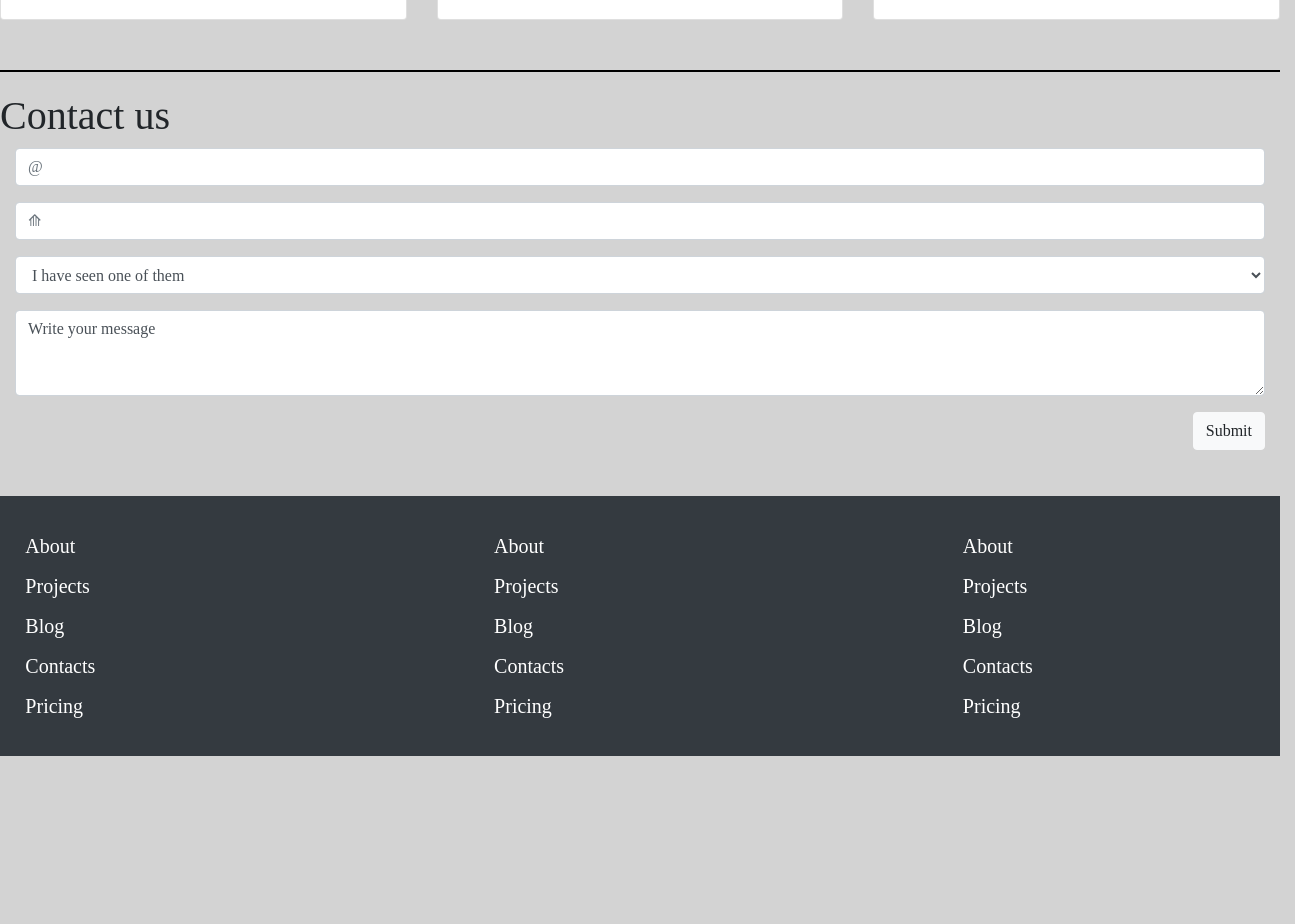
Repository: Khaleddwm/FindThePrecious
Page: index.html
An editor plug-in stored every save of this project. The page is shown before and after the next save, followed by the edit.
The browser window is 1280 px wide. The page is 1295 px wide, so the pictures cover 1295 px, including what lies to the right of the window. The pictures show the part of the page from y = 1840 to 2764 px (the page is 2764 px tall).
Some web fonts or font styles are not loaded; a fallback is used.

Above is the page before, as saved 2020-05-25 00:34:15.

### index.html
<!DOCTYPE html>
<html lang="en">
<head>
    <meta charset="UTF-8">
    <meta name="viewport" content="width=device-width, initial-scale=1.0">
    <title>FindThePrecious</title>
    <link href="https://fonts.googleapis.com/css2?family=Bad+Script&display=swap" rel="stylesheet">
    <!-- CSS only -->
    <link rel="stylesheet" href="https://stackpath.bootstrapcdn.com/bootstrap/4.5.0/css/bootstrap.min.css" integrity="sha384-9aIt2nRpC12Uk9gS9baDl411NQApFmC26EwAOH8WgZl5MYYxFfc+NcPb1dKGj7Sk" crossorigin="anonymous">
    <link rel="stylesheet" href="https://cdnjs.cloudflare.com/ajax/libs/font-awesome/4.7.0/css/font-awesome.min.css">
    <link rel="stylesheet" href="style.css">
    <!-- JS, Popper.js, and jQuery -->
    <script src="https://code.jquery.com/jquery-3.5.1.slim.min.js" integrity="sha384-DfXdz2htPH0lsSSs5nCTpuj/zy4C+OGpamoFVy38MVBnE+IbbVYUew+OrCXaRkfj" crossorigin="anonymous"></script>
    <script src="https://cdn.jsdelivr.net/npm/popper.js@1.16.0/dist/umd/popper.min.js" integrity="sha384-Q6E9RHvbIyZFJoft+2mJbHaEWldlvI9IOYy5n3zV9zzTtmI3UksdQRVvoxMfooAo" crossorigin="anonymous"></script>
    <script src="https://stackpath.bootstrapcdn.com/bootstrap/4.5.0/js/bootstrap.min.js" integrity="sha384-OgVRvuATP1z7JjHLkuOU7Xw704+h835Lr+6QL9UvYjZE3Ipu6Tp75j7Bh/kR0JKI" crossorigin="anonymous"></script>
</head>
<body>
    <nav class="navbar navbar-expand-sm navbar-dark bg-dark">
        <a href"index.html" class="titleNav navbar-brand">FindThePrecious.com</a>
        <button class="navbar-toggler" data-toggle="collapse" data-target="#navbarMenu">
            <span class="navbar-toggler-icon"></span>
        </button>
        <div class="collapse navbar-collapse" id="navbarMenu">
            <ul class="navbar-nav">
                <li class="nav-item">
                    <a href="#" class="nav-link">Fellows</a>
                </li>
                <li>
                    <a href="#" class="nav-link">Contact us</a>
                </li>
            </ul>
        </div>
    </nav>
    <div id="carouselControls" class="carousel slide" data-ride="carousel">
        <div class="carousel-inner">
            <div class="carousel-caption d-none d-block">
                <h1>Dangerous fellowship try to destroy the ring</h1>
                <p>Orcs, Goblins, Balrogs, protect your master Sauron !</p>
            </div>
            <div class="carousel-item active">
                <img class="d-block w-100" src="https://img.phonandroid.com/2018/04/seigneur-des-anneaux.jpg" alt="First slide">
            </div>
            <div class="carousel-item">
                <img class="d-block w-100" src="https://www.journaldugeek.com/content/uploads/2019/07/lord-of-the-rings-gollum-new-lotr-stealth-game-coming-2021-from-daedalic-entertainment-767717.jpg" alt="Second slide">
            </div>
            <div class="carousel-item">
                <img class="d-block w-100" src="https://vignette.wikia.nocookie.net/lotr/images/1/15/Gothmog_the_lord_of_balrogs_by_atohas-d8hf6ru.jpg/revision/latest?cb=20180410213854" alt="Third slide">
            </div>
        </div>
        <a class="carousel-control-prev" href="#carouselControls" role="button" data-slide="prev">
            <span class="carousel-control-prev-icon" aria-hidden="true"></span>
            <span class="sr-only">Previous</span>
        </a>
        <a class="carousel-control-next" href="#carouselControls" role="button" data-slide="next">
            <span class="carousel-control-next-icon" aria-hidden="true"></span>
            <span class="sr-only">Next</span>
        </a>
    </div>
    <div class="wanted">
        <div class="wanted-title">
            <h1>Fellows wanted dead (or alive if you want to eat them later)</h1>
        </div>
        <div class="card-deck">
            <div class="card col-xs-12 col-md-4">
                <img src="https://kr4v3n.github.io/Sauron/img/gandalf.png" class="card-img-top" alt="Gandalf">
                <div class="living card-img-overlay">
                    <h2>Reward 1000 gold coins</h2>
                </div>
                <div class="card-body">
                    <h2 class="card-title">Gandalf</h2>
                    <p class="card-text">
                        Gandalf was shorter in stature than the other two; but his long white hair,
                        his sweeping silver beard, and his broad shoulders, made him look like some wise king of ancient legend.
                        In his aged face under great snowy brows his eyes were set like coals that could suddenly burst into fire.
                    </p>
                </div>
            </div>
            <div class="card col-xs-12 col-md-4">
                <img src="https://kr4v3n.github.io/Sauron/img/gimli.png" class="card-img-top" alt="Gimli">
                <div class="dead card-img-overlay">
                    <h2>DEAD</h2>
                </div>
                <div class="card-body">
                    <h2 class="card-title">Gimli</h2>
                    <p class="card-text">
                        Gimli throughout the War showed perhaps the greatest open contempt for Sauron and his minions, save possibly Boromir.
                        He was a grim character, for the most part, laughing only occasionally and, though in a few rare situations inspiring amusement,
                        never joking. Due to his comments especially during the initial stage of the journey, he may be called more superstitious than the others,
                        acting very much as if Caradhras was an actual living being.
                    </p>
                </div>
            </div>
            <div class="card col-xs-12 col-md-4">
                <img src="https://kr4v3n.github.io/Sauron/img/aragorn.png" class="card-img-top" alt="Aragorn">
                <div class="living card-img-overlay">
                    <h2>Reward 250 gold coins</h2>
                </div>
                <div class="card-body">
                    <h2 class="card-title">Aragorn</h2>
                    <p class="card-text">
                        An artist's conception of Aragorn at The Prancing Pony Tolkien gives
                        a brief but detailed description of him in The Lord of the Rings: lean, dark, tall, with
                        "a shaggy head of dark hair flecked with grey, and in a pale stern face a pair of keen grey eyes."
                    </p>
                </div>
            </div>
        </div>
    </div>
    <div class="form">
        <h1>Contact us</h1>
        <form class="container-fluid">
            <div class="form-group">
                <input type="email" class="form-control" id="email" placeholder="&#64;">
            </div>
            <div class="form-group">
                <input type="email" class="form-control" id="email" placeholder="&#10224;">
            </div>
            <div class="form-group">
                <select class="form-control" id="select">
                    <option>I have seen one of them</option>
                    <option>I have lost one of them</option>
                    <option>I have find one of them</option>
                </select>
            </div>
            <div class="form-group">
                <textarea class="form-control" id="textarea" rows="3">Write your message</textarea>
            </div>
            <div class="form-group">
                <input type="submit" class="btn btn-light" id="submit" value="Submit">
            </div>
        </form>
    </div>
    <footer class="section footer-classic context-dark bg-image bg-dark">
        <div class="container-fluid">
            <div class="d-flex justify-content-between">
                <div class="col-md-4 col-xl-3">
                    <ul class="nav-list">
                        <li><a href="#">About</a></li>
                        <li><a href="#">Projects</a></li>
                        <li><a href="#">Blog</a></li>
                        <li><a href="#">Contacts</a></li>
                        <li><a href="#">Pricing</a></li>
                    </ul>
                </div>
                <div class="col-md-4 col-xl-3">
                    <ul class="nav-list">
                        <li><a href="#">About</a></li>
                        <li><a href="#">Projects</a></li>
                        <li><a href="#">Blog</a></li>
                        <li><a href="#">Contacts</a></li>
                        <li><a href="#">Pricing</a></li>
                    </ul>
                </div>
                <div class="col-md-4 col-xl-3">
                    <ul class="nav-list">
                        <li><a href="#">About</a></li>
                        <li><a href="#">Projects</a></li>
                        <li><a href="#">Blog</a></li>
                        <li><a href="#">Contacts</a></li>
                        <li><a href="#">Pricing</a></li>
                    </ul>
                </div>
            </div>
        </div>
    </footer>
</body>
</html>

### style.css
body {
    font-family: 'Bad Script', cursive;
    background-color: lightgrey;
}

#navbarMenu, .titleNav {
    font-size: 30px;
}

.navbar {
    overflow: hidden;
    position: fixed; /* Set the navbar to fixed position */
    top: 0; /* Position the navbar at the top of the page */
    width: 100%; /* Full width */
    z-index: 1000;
}

/* Change background on mouse-over */
#navbarMenu a:hover {
    background: lightgray;
    color: black;
}

#carouselControls {
    margin-top: 60px;
}

p {
    font-size: 20px;
}

img {
    width: auto;
    height: 600px;
}

.wanted-title {
    text-align: center;
    margin: 50px;
}
/* hover for living */
.living h2 {
    background-color: lightgray;
}

.living {
    opacity: 0;
}

.living:hover {
    opacity: 1;
    text-align: center;
}

/* hover for dead */
.dead {
    opacity: 0;
}

.dead:hover {
    opacity: 1;
    text-align: center;
    background-color: lightgray;
}

#submit {
    float: right;
}

.form {
    font-size: 30px;
    margin-top: 50px;
    margin-bottom: 100px;
    border-top: 2px solid black;
}

.form h1 {
    margin-top: 20px;
}

footer .container-fluid {
    padding-top: 30px;
    padding-bottom: 30px;
    font-size: 20px;
}



.footer-classic a, .footer-classic a:focus, .footer-classic a:active {
    color: #ffffff;
}
.nav-list li {
    padding-top: 5px;
    padding-bottom: 5px;
}

.nav-list li a:hover:before {
    margin-left: 0;
    opacity: 1;
    visibility: visible;
}

ul, ol {
    list-style: none;
    padding: 0;
    margin: 0;
}

.social-inner {
    display: flex;
    flex-direction: column;
    align-items: center;
    width: 100%;
    padding: 23px;
    font: 900 13px/1 "Lato", -apple-system, BlinkMacSystemFont, "Segoe UI", Roboto, "Helvetica Neue", Arial, sans-serif;
    text-transform: uppercase;
    color: rgba(255, 255, 255, 0.5);
}
.social-container .col {
    border: 1px solid rgba(255, 255, 255, 0.1);
}
.nav-list li a:before {
    content: "\f14f";
    font: 400 21px/1 "Material Design Icons";
    color: #4d6de6;
    display: inline-block;
    vertical-align: baseline;
    margin-left: -28px;
    margin-right: 7px;
    opacity: 0;
    visibility: hidden;
    transition: .22s ease;
}

After the next save:
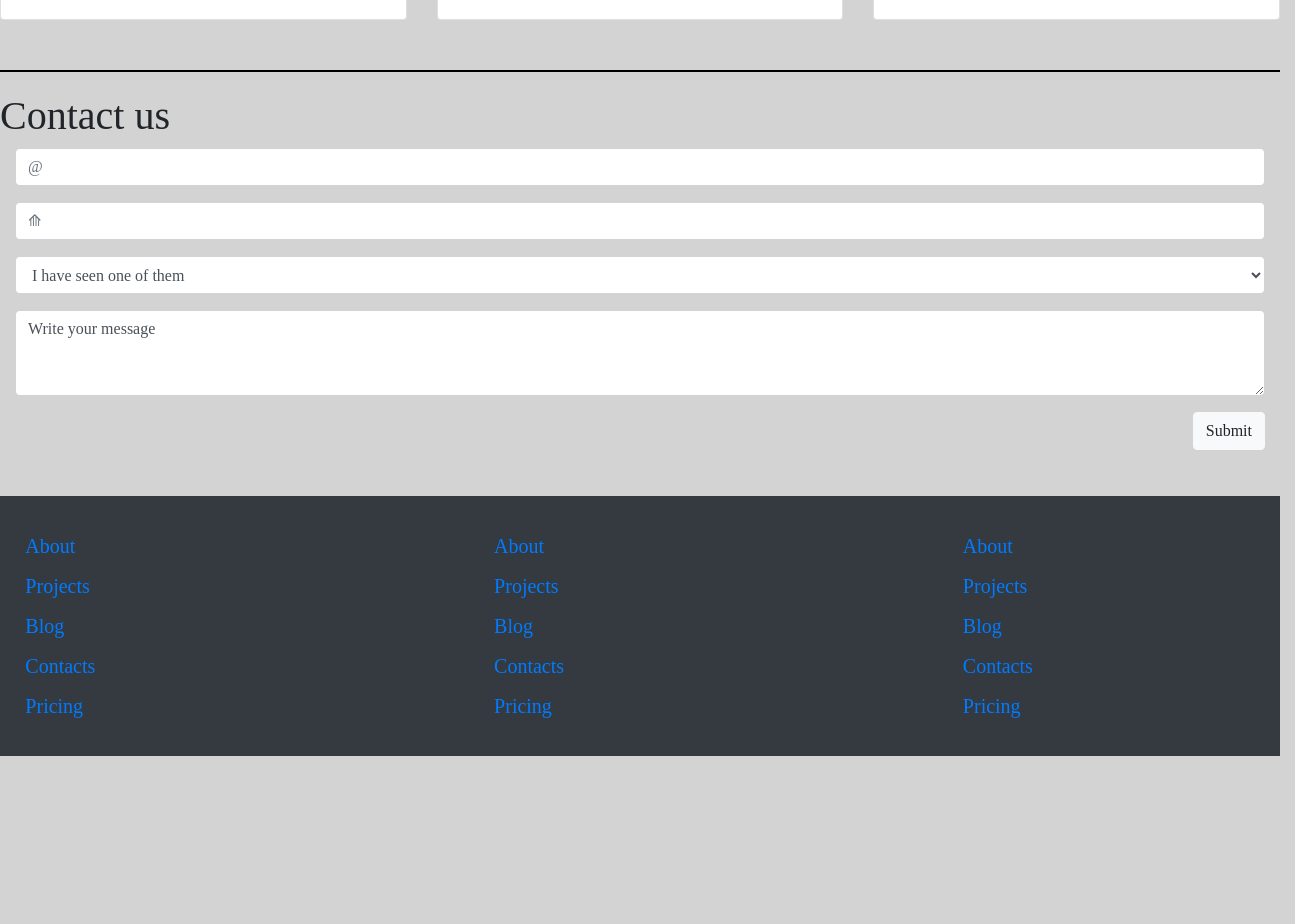
Saved 12 s later.
--- a/style.css
+++ b/style.css
@@ -86,9 +86,7 @@
 
 
 
-.footer-classic a, .footer-classic a:focus, .footer-classic a:active {
-    color: #ffffff;
-}
+
 .nav-list li {
     padding-top: 5px;
     padding-bottom: 5px;

After the save that followed:
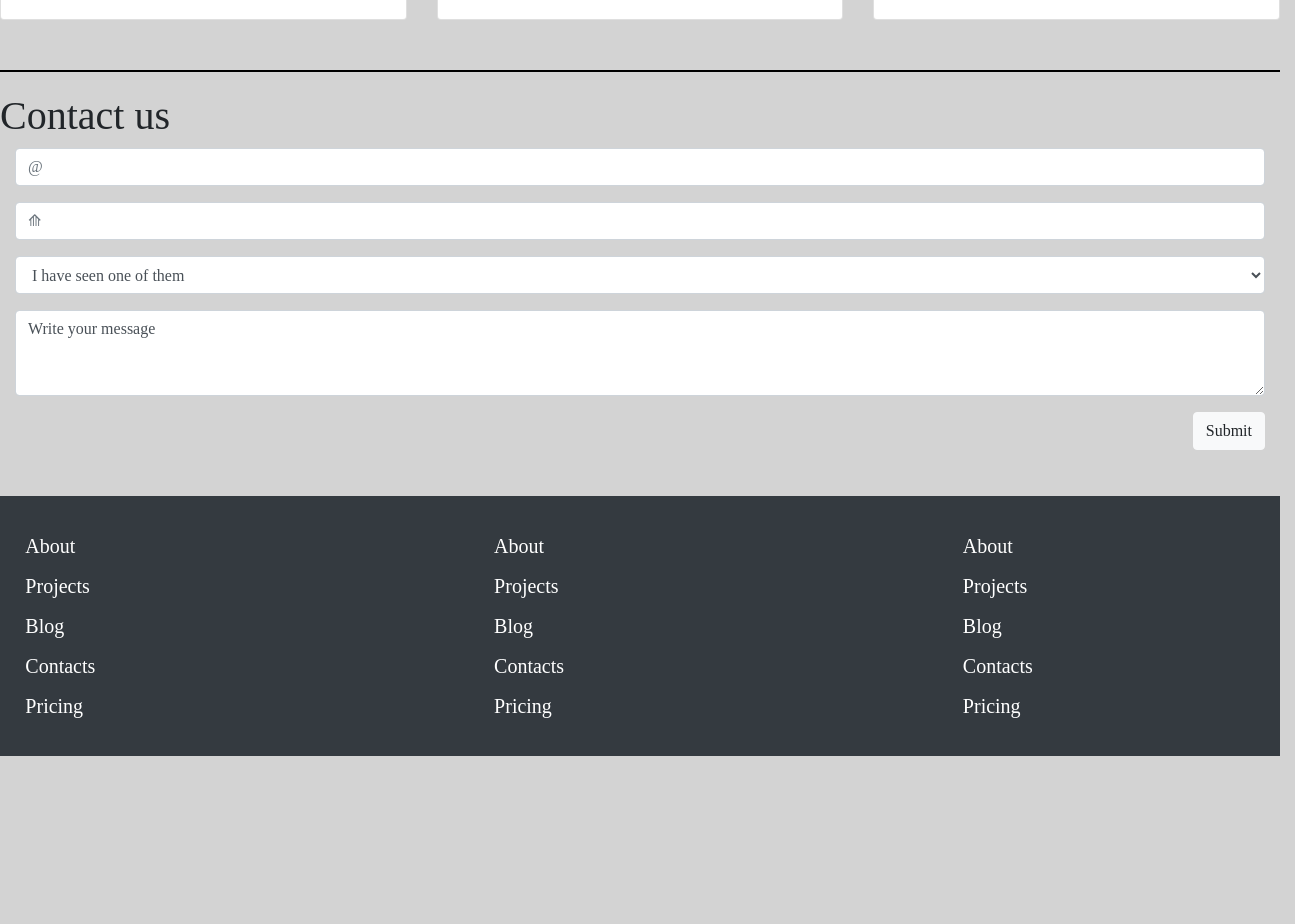
Saved 27 s later.
--- a/style.css
+++ b/style.css
@@ -86,7 +86,9 @@
 
 
 
-
+.footer-classic a, .footer-classic a:focus, .footer-classic a:active {
+    color: white;
+}
 .nav-list li {
     padding-top: 5px;
     padding-bottom: 5px;
